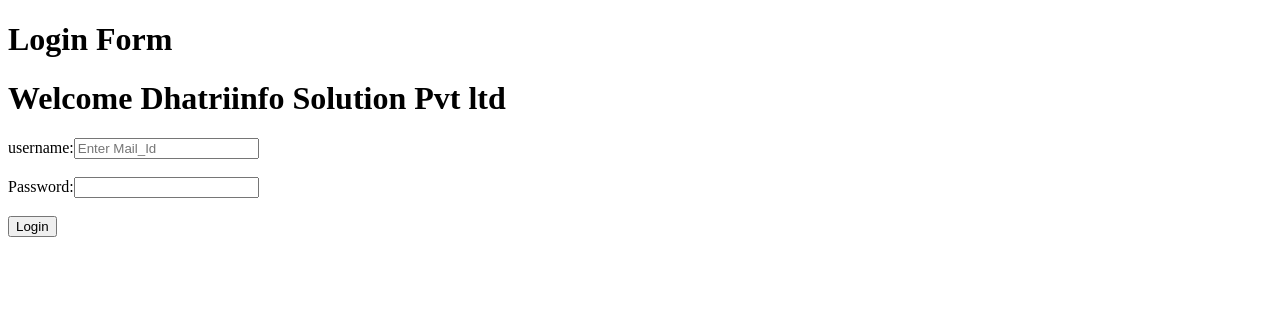
Repository: AbubakarShaik/Java_J2EE_Project
Page: http://localhost/com.testprojectServlet/login.jsp
An editor plug-in stored every save of this project. The page is shown before and after the next save, followed by the edit.
The browser window is 1280 px wide. The pictures show the whole page.
The page is served by Tomcat 9.

Above is the page before, as saved 2016-12-22 09:08:35.

After the next save:
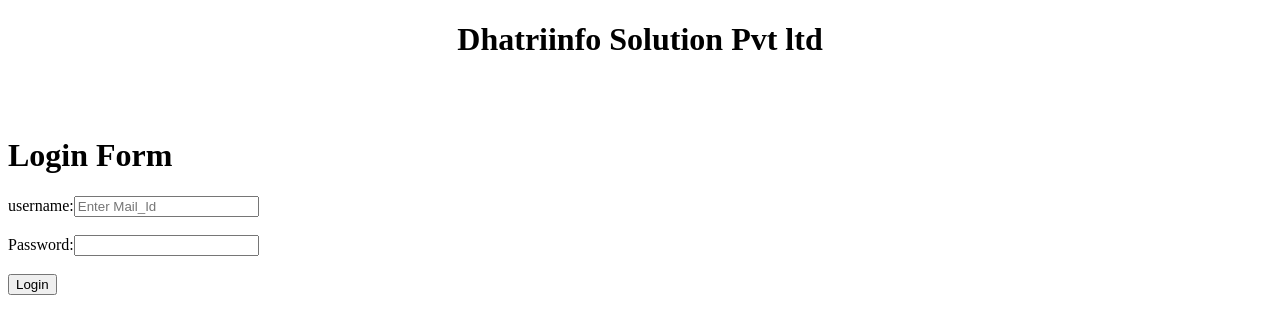
Saved 83 s later.
--- a/com.testprojectServlet/WebContent/login.jsp
+++ b/com.testprojectServlet/WebContent/login.jsp
@@ -6,9 +6,14 @@
 <meta http-equiv="Content-Type" content="text/html; charset=ISO-8859-1">
 <title>login</title>
 </head>
+<center>
+<h1>Dhatriinfo Solution Pvt ltd </h1>
+</center>
+<br>
+</br>
 <h1>Login Form</h1>
 <body>
-<h1>Welcome Dhatriinfo Solution Pvt ltd </h1>
+
 <div>
 
 <td>username:<input type="text" name="UserName" placeholder="Enter Mail_Id"></td>
